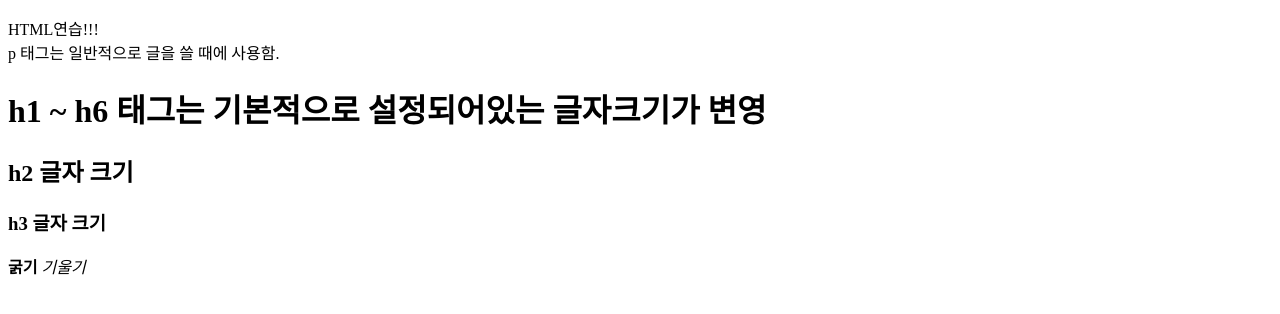
Repository: bbseok97/HTML
Page: HTML/src/main/webapp/hello.html
These files come from the project's save history. The page is drawn as it stood at one moment and after the next save; the edit follows.
The browser window is 1280 px wide. The pictures show the whole page.

Above is the page before, as saved 2024-04-04 05:22:03.

### HTML/src/main/webapp/hello.html
<!DOCTYPE html>	<!-- !DOCTYPE은 해당 문서의 선언 -->
<html>				<!-- HTML 태그 시작(ROOT) -->
	<head>			<!-- 현재 페이지의 정보를 선언(Meta Data) -->
		<meta charset="UTF-8">				<!-- 메타정보로 이 페이지의 인코딩을 나타냄 -->
		<title>맨 처음 만드는 HTML</title>		<!-- 이 페이지의 제목 -->
	</head>			<!-- 헤드의 끝 -->
	<body>			<!-- 화면에 보여질 내용을 작성 -->
		<p>			<!-- 문단을 구분하는 태그(줄바꿈을 허용하지 않음) -->
			HTML연습!!!	<br>	<!-- 문서의 줄바꿈 태그(<br>) -->
			p 태그는 일반적으로 글을 쓸 때에 사용함.
		</p>

		<h1> h1 ~ h6 태그는 기본적으로 설정되어있는 글자크기가 변영</h1>
		<h2> h2 글자 크기</h2>
		<h3> h3 글자 크기</h3>

		<b> 굵기 </b>
		<i> 기울기 </i>

	</body>
</html>

After the next save:
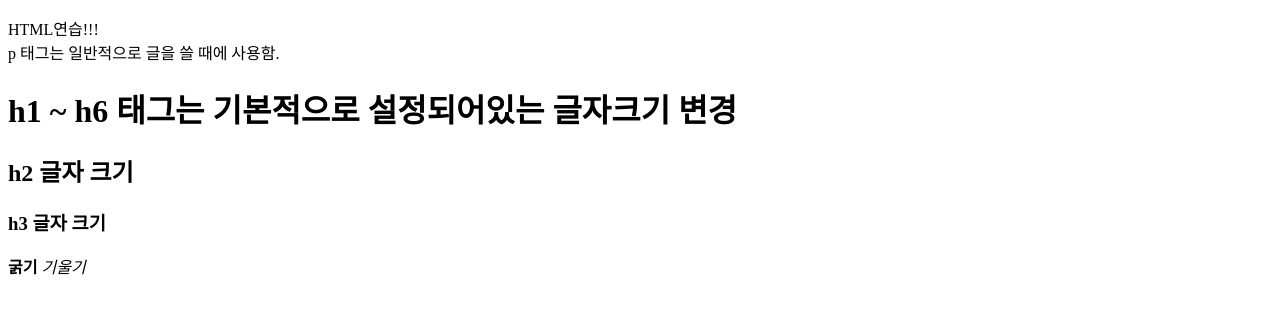
Saved 41 s later.
--- a/HTML/src/main/webapp/hello.html
+++ b/HTML/src/main/webapp/hello.html
@@ -10,7 +10,7 @@
 			p 태그는 일반적으로 글을 쓸 때에 사용함.
 		</p>
 
-		<h1> h1 ~ h6 태그는 기본적으로 설정되어있는 글자크기가 변영</h1>
+		<h1> h1 ~ h6 태그는 기본적으로 설정되어있는 글자크기 변경</h1>
 		<h2> h2 글자 크기</h2>
 		<h3> h3 글자 크기</h3>
 
